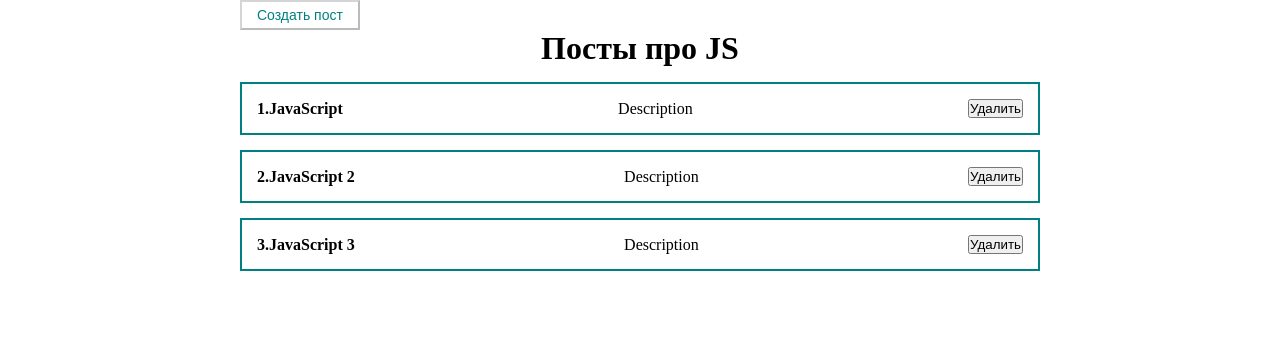
Repository: otvertka/ulb2_react
Page: / (app in jk_project/)
The author's editor kept a copy of each file at every save. The page is drawn from the files as they stood at one save, then again after a run of saves.
The browser window is 1280 px wide. The pictures show the whole page.
The project was rebuilt for these pictures with package versions that can differ from the ones it lists, and the page was loaded fresh each time. Also part of the build but not shown: jk_project/src/component/Counter.jsx, jk_project/src/component/ClassCounter.jsx.

Above is the page before, as saved 2023-09-08 12:38:30.

After the next 5 saves:
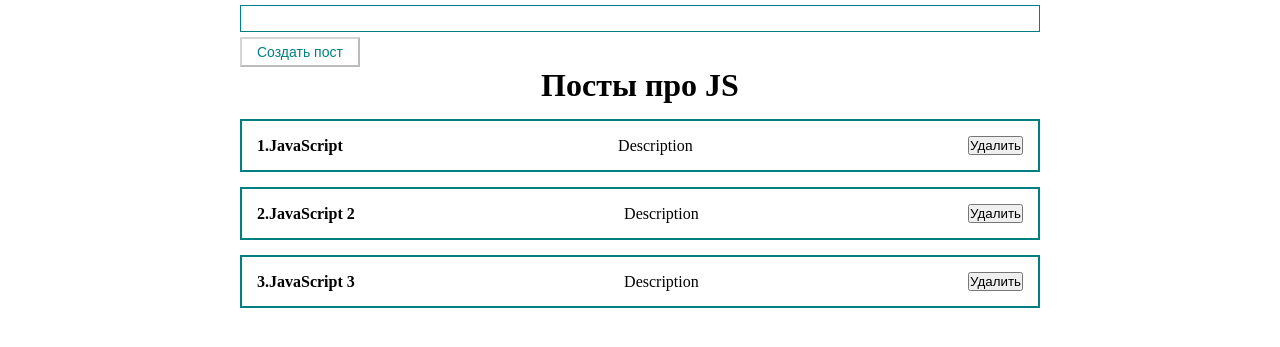
The 5 saves are shown as one change because 4 did not build or start.
The last was saved 2 min 8 s later.
--- a/jk_project/src/App.js
+++ b/jk_project/src/App.js
@@ -5,6 +5,7 @@ import classes from "./styles/App.css";
 import PostItem from "./component/PostItem";
 import PostList from "./component/PostList";
 import MyButton from "./component/UI/button/MyButton";
+import MyInput from "./component/UI/input/myInput";
 
 function App() {
   const [posts, setPosts] = useState([
@@ -16,6 +17,7 @@ function App() {
   return (
     <div className="App">
       <form>
+        <MyInput />
         <MyButton disabled>Создать пост</MyButton>
       </form>
       <PostList posts={posts} title="Посты про JS" />
--- a/jk_project/src/component/UI/input/myInput.jsx
+++ b/jk_project/src/component/UI/input/myInput.jsx
@@ -1,8 +1,8 @@
 import React from "react";
-import classes from "./myInput.module.css";
+import classes from "./MyInput.module.css";
 
-const myInput = (props) => {
+const MyInput = (props) => {
   return <input className={classes.myInput} {...props}></input>;
 };
 
-export default myInput;
+export default MyInput;
